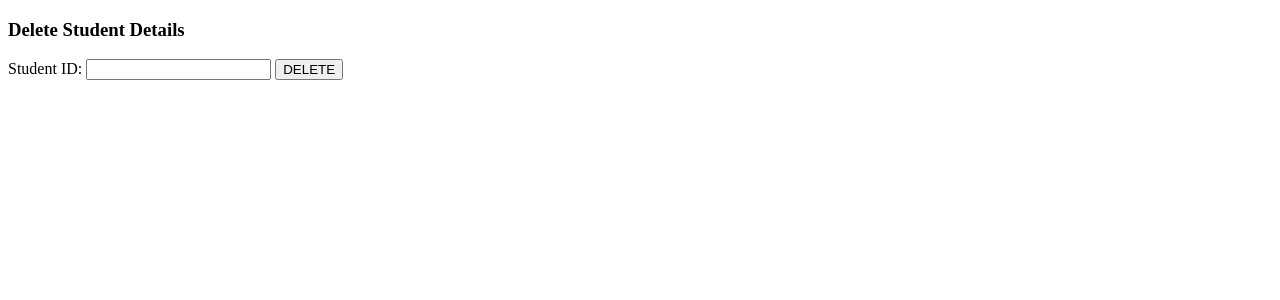
Repository: siva-0583/my-java-workspace
Page: http://localhost/jspcrud/deletedata.jsp
The author's editor kept a copy of each file at every save. The page is drawn from the files as they stood at one save, then again after the next save.
The browser window is 1280 px wide. The pictures show the whole page.
The page is served by Tomcat 9.

Above is the page before, as saved 2022-06-17 08:45:49.

After the next save:
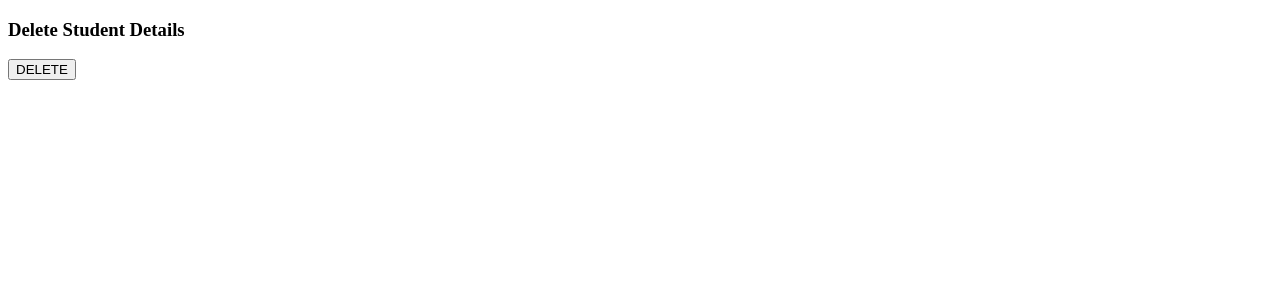
Saved 111 s later.
--- a/jspcrud/src/main/webapp/deletedata.jsp
+++ b/jspcrud/src/main/webapp/deletedata.jsp
@@ -8,7 +8,7 @@
 </head>
 <body>
 	<h3>Delete Student Details</h3>
-	<form action="">
+	<form action="DeleteData" method="get>
 	Student ID: <input type="text" name="sid"/>
 	<input type="submit" value="DELETE"/>
 

After the save that followed:
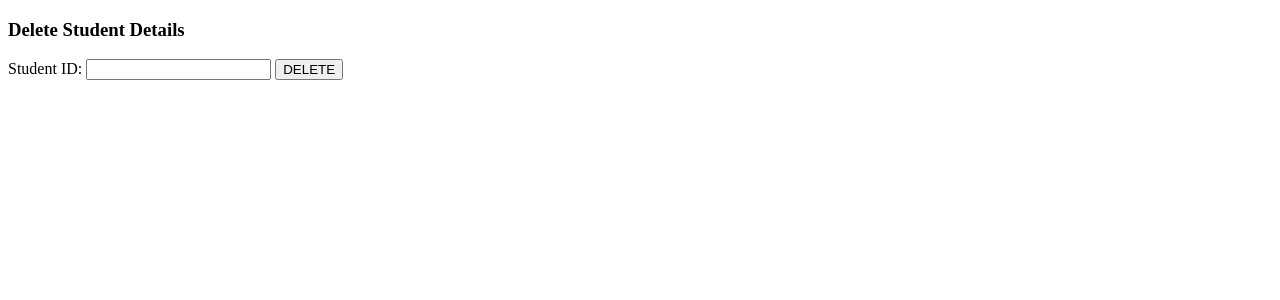
Saved 20 s later.
--- a/jspcrud/src/main/webapp/deletedata.jsp
+++ b/jspcrud/src/main/webapp/deletedata.jsp
@@ -8,7 +8,7 @@
 </head>
 <body>
 	<h3>Delete Student Details</h3>
-	<form action="DeleteData" method="get>
+	<form action="DeleteData" method="get">
 	Student ID: <input type="text" name="sid"/>
 	<input type="submit" value="DELETE"/>
 
